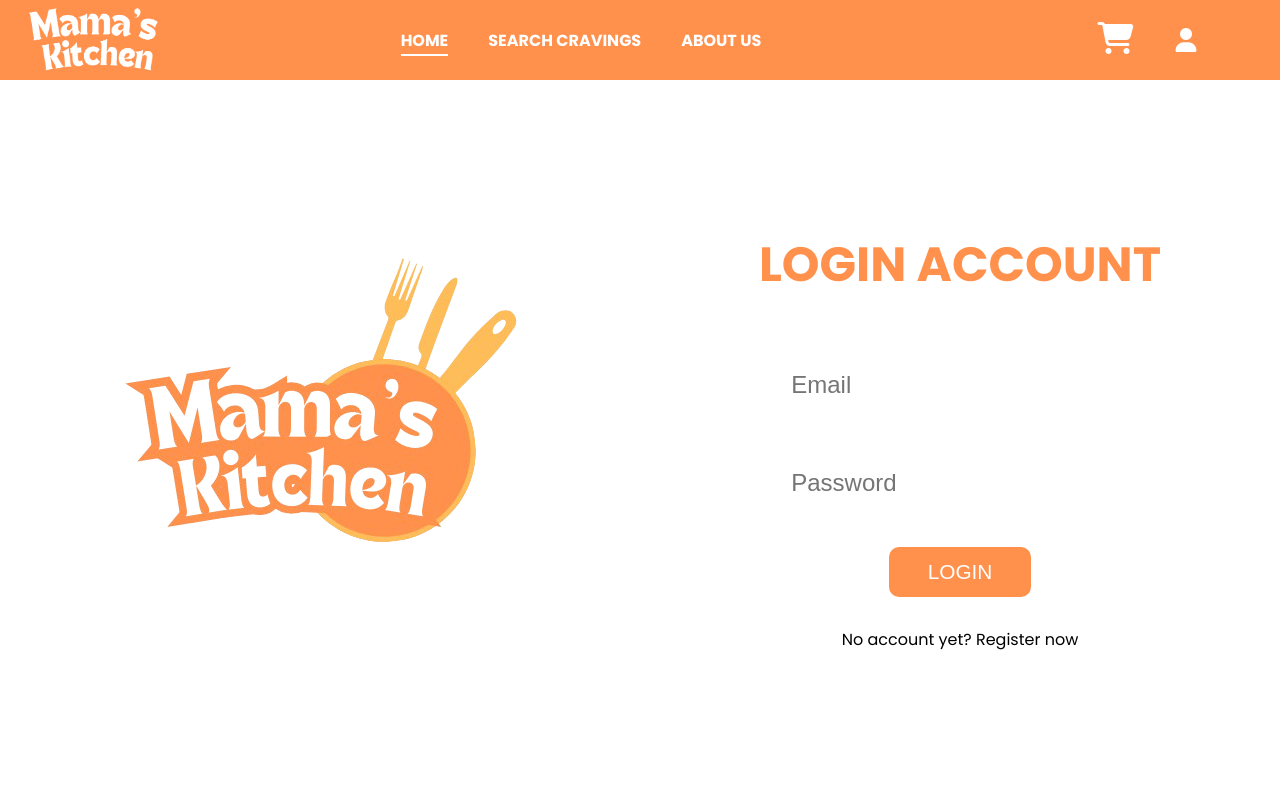
Repository: KarlBautista/mamaskitchen
Page: /login (app in frontend/)
These files come from the project's save history. The page is drawn as it stood at one moment and after the next save; the edit follows.
The browser window is 1280 px wide. The pictures show the whole page.
Some web fonts or font styles are not loaded; a fallback is used. Some web libraries are served in a nearby version. The project was rebuilt for these pictures with package versions that can differ from the ones it lists, and the page was loaded fresh each time. Some packages were replaced by stand-ins written for this rebuild. Also part of the build but not shown: frontend/src/components/VideoPlatform.jsx, frontend/src/components/Home.jsx, frontend/src/components/Register.jsx, frontend/src/styles/search-cravings.css, frontend/src/components/SearchCravings.jsx, frontend/src/components/AboutUs.jsx, frontend/src/styles/profile.css, frontend/src/components/Profile.jsx and 3 more. Imported but missing from the stored project, and not drawn on this page: frontend/src/videos/Landing-Video.mp4, frontend/src/videos/jollibee-1.mp4.

Above is the page before, as saved 2025-01-03 22:32:33.

After the next save:
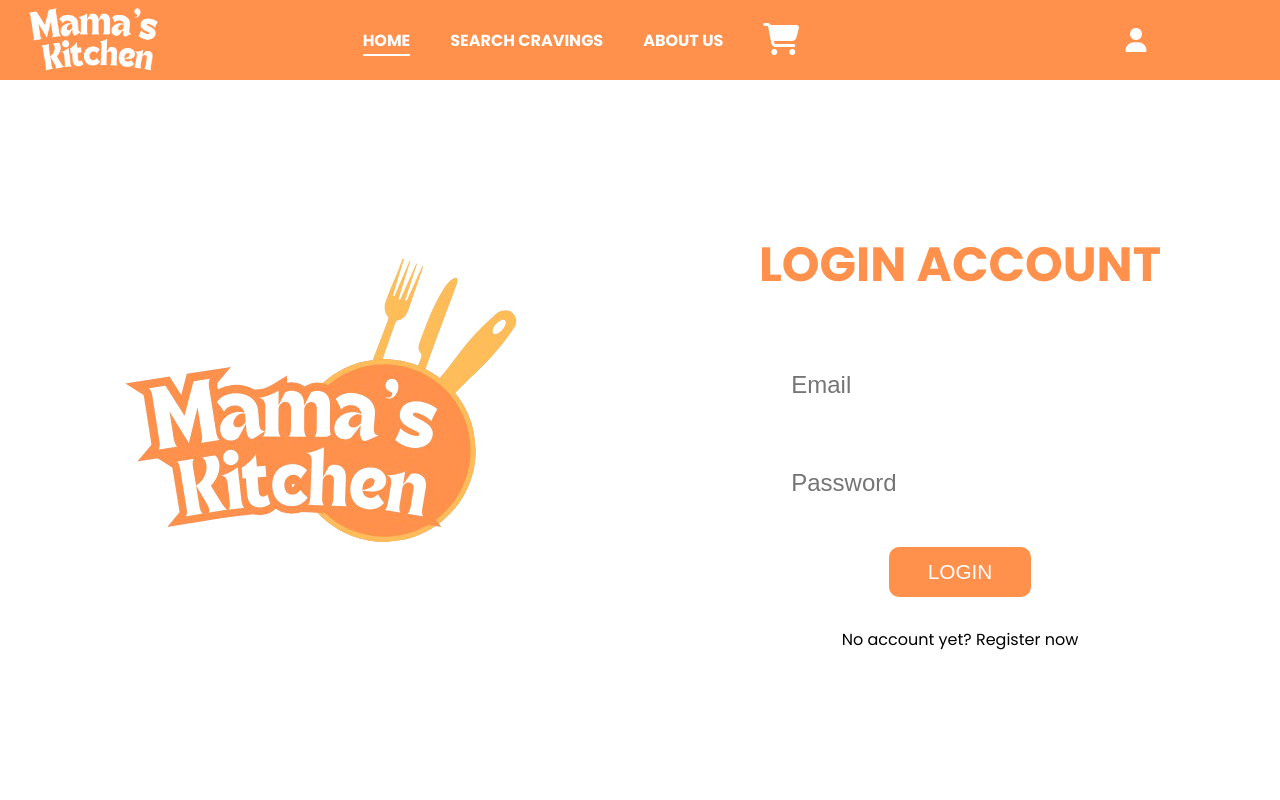
Saved 43 s later.
--- a/frontend/src/components/Header.jsx
+++ b/frontend/src/components/Header.jsx
@@ -6,7 +6,7 @@ import headerlogo from "../images/Header-Logo.png";
 import headerLogoScroll from "../images/Header-Logo-Scroll.png";
 
 function Header() {
-    const { user, login, logout } = useContext(UserContext); // Use context to get user data
+    const { user, logout } = useContext(UserContext); // Use context to get user data
     const [activeLink, setActiveLink] = useState('/');
     const [isScrolled, setIsScrolled] = useState(false);
     const [showHeader, setShowHeader] = useState(true);
@@ -31,12 +31,6 @@ function Header() {
         window.addEventListener("scroll", handleScroll);
         return () => window.removeEventListener("scroll", handleScroll);
     }, []);
-
-    useEffect(() => {
-        if (user) {
-            setIsDropdownOpen(false);
-        }
-    }, [user]);
 
     const handleLinkClick = (link) => {
         setActiveLink(link);
@@ -69,45 +63,71 @@ function Header() {
                 <Link to="/">
                     <img
                         src={isScrolled ? headerLogoScroll : headerlogo}
-                        alt="Pinoy Bites Logo"
+                        alt="Mama's Kitchen Logo"
                         className="header-logo-image"
                     />
                 </Link>
             </div>
 
             <div className="header-links">
-                <Link
-                    to="/"
-                    className={activeLink === "/" ? "active" : ""}
-                    onClick={() => handleLinkClick("/")}
-                >
-                    Home
-                </Link>
-                <Link
-                    to="/search-cravings"
-                    className={activeLink === "/search-cravings" ? "active" : ""}
-                    onClick={() => handleLinkClick("/search-cravings")}
-                >
-                    Search Cravings
-                </Link>
-                <Link
-                    to="/about-us"
-                    className={activeLink === "/about-us" ? "active" : ""}
-                    onClick={() => handleLinkClick("/about-us")}
-                >
-                    About Us
-                </Link>
+                {user?.user_type === "admin" ? (
+                    <>
+                        <Link
+                            to="/adminDashboard"
+                            className={activeLink === "/adminDashboard" ? "active" : ""}
+                            onClick={() => handleLinkClick("/adminDashboard")}
+                        >
+                            Dashboard
+                        </Link>
+                        <Link
+                            to="/menu"
+                            className={activeLink === "/menu" ? "active" : ""}
+                            onClick={() => handleLinkClick("/menu")}
+                        >
+                            Menu
+                        </Link>
+                        <Link
+                            to="/notifications"
+                            className={activeLink === "/notifications" ? "active" : ""}
+                            onClick={() => handleLinkClick("/notifications")}
+                        >
+                            Notifications
+                        </Link>
+                    </>
+                ) : (
+                    <>
+                        <Link
+                            to="/"
+                            className={activeLink === "/" ? "active" : ""}
+                            onClick={() => handleLinkClick("/")}
+                        >
+                            Home
+                        </Link>
+                        <Link
+                            to="/search-cravings"
+                            className={activeLink === "/search-cravings" ? "active" : ""}
+                            onClick={() => handleLinkClick("/search-cravings")}
+                        >
+                            Search Cravings
+                        </Link>
+                        <Link
+                            to="/about-us"
+                            className={activeLink === "/about-us" ? "active" : ""}
+                            onClick={() => handleLinkClick("/about-us")}
+                        >
+                            About Us
+                        </Link>
+                        <Link
+                            to="/cart"
+                            className={activeLink === "/cart" ? "active" : ""}
+                            onClick={() => handleLinkClick("/cart")}
+                        >
+                            <i className="fa-solid fa-cart-shopping bayong"></i>
+                        </Link>
+                    </>
+                )}
             </div>
             <div className="header-last">
-                <div
-                    className={`bayong-container ${
-                        activeLink === "cart" ? "active" : ""
-                    }`}
-                >
-                    <Link to="/cart">
-                        <i className="fa-solid fa-cart-shopping bayong"></i>
-                    </Link>
-                </div>
                 <div
                     className={`user-dropdown ${
                         activeLink === "user" ? "active" : ""
